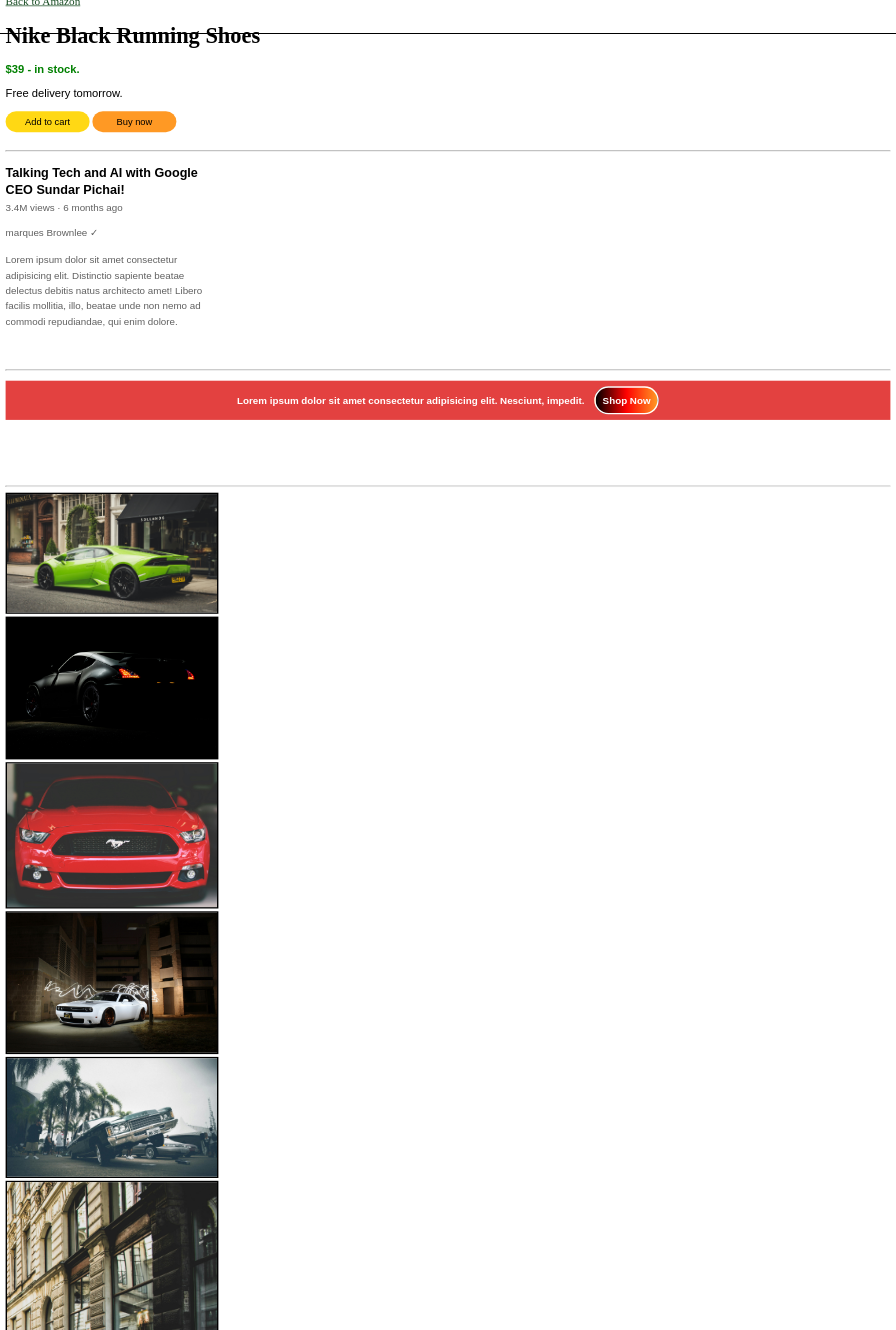
Repository: Yeyolive/WebDev_Collab_2025
Page: Basic_Projects/HTML-CSS course/into-to-html/index.html
The author's editor kept a copy of each file at every save. The page is drawn from the files as they stood at one save, then again after the next save.
The browser window is 1280 px wide. The pictures show the part of the page from y = 317 to 2217 px (the page is 3241 px tall before and 2765 px after), at 70% of full size.
A picture or video elsewhere on the page could not be fetched, so the positions and the page height are approximate.

Above is the page before, as saved 2025-11-24 00:11:51.

### Basic_Projects/HTML-CSS course/into-to-html/index.html
<!DOCTYPE html>
<html lang="en">
  <head>
    <meta charset="UTF-8" />
    <meta http-equiv="X-UA-Compatible" content="IE=edge" />
    <!-- Ensures compatibility with Internet Explorer -->
    <meta name="viewport" content="width=device-width, initial-scale=1.0" />
    <title>HTML-CSS Course</title>
    <link rel="stylesheet" href="styles.css" />
  </head>

  <body>
    <!-- Buttons section-->
    <button class="subscribe">SUBSCRIBE</button>

    <button class="join">JOIN</button>

    <button class="tweet">Tweet</button>
    <br /><br />
    <button class="uber">Request Now</button>

    <button class="Amazon">Add to cart</button>

    <button class="Github">Sign up</button>
    <br /><br />
    <button class="Bootstrap-1">Get started</button>
    <button class="Bootstrap-2">Download</button>

    <button class="Linkedin-1">Apply on company website</button>
    <br /><br />
    <button class="Linkedin-2">Save</button>
    <br /><br /><br />
    <hr />
    <a href="#">Back to Amazon</a>
    <br />
    <h1>Nike Black Running Shoes</h1>
    <p class="price">$39 - in stock.</p>

    <p>Free delivery tomorrow.</p>

    <button class="Amazon-1">Add to cart</button>
    <button class="Amazon-2">Buy now</button>
    <br /><br />
    <hr />
    <!-- Texts section-->
    <p class="video-title">
      Talking Tech and AI with Google CEO Sundar Pichai!
    </p>

    <p class="video-stats">3.4M views &#183; 6 months ago</p>
    <p class="video-author">marques Brownlee &#10003;</p>
    <p class="video-description">
      Lorem ipsum dolor sit amet consectetur adipisicing elit. Distinctio
      sapiente beatae delectus debitis natus architecto amet! Libero facilis
      mollitia, illo, beatae unde non nemo ad commodi repudiandae, qui enim
      dolore.
    </p>
    <br /><br />
    <hr />
    <p class="apple-text">
      Lorem ipsum dolor sit amet consectetur adipisicing elit. Nesciunt,
      impedit. <span class="span-example">Shop Now</span>
    </p>
    <br /><br />
    <hr />
    <!-- Images: CARS SECTION -->
    <div class="car-images">
      <div class="car">
        <img
          src="images/cars/pexels-adrian-dorobantu-989175-2127733.jpg"
          alt="Car 1"
        />
      </div>
      <div class="car">
        <div class="car">
          <img src="images/cars/pexels-albinberlin-919073.jpg" alt="Car 2" />
        </div>
      </div>
      <div class="car">
        <div class="car">
          <img src="images/cars/pexels-avinashpatel-544542.jpg" alt="Car 3" />
        </div>
      </div>
      <div class="car">
        <div class="car">
          <img src="images/cars/pexels-cesarperez209-733745.jpg" alt="Car 4" />
        </div>
      </div>
      <div class="car">
        <div class="car">
          <img src="images/cars/pexels-hikaique-242125.jpg" alt="Car 5" />
        </div>
      </div>
      <div class="car">
        <div class="car">
          <img src="images/cars/pexels-mayday-1545743.jpg" alt="Car 6" />
        </div>
      </div>
      <div class="car">
        <div class="car">
          <img src="images/cars/pexels-pashal-337909.jpg" alt="Car 7" />
        </div>
      </div>
      <div class="car">
        <div class="car">
          <img src="images/cars/pexels-pixabay-248687.jpg" alt="Car 8" />
        </div>
      </div>
    </div>

    <input class="search-bar" type="text" placeholder="Search" />

    <input
      class="search-bar-2"
      type="text"
      placeholder="Search Google or type a URL"
    />

    <br /><br />
    <hr />
    <!-- Input field -->
    <p class="email-p1">Email</p>
    <input class="email-input" type="email" />

    <p class="email-p2">
      By clicking Agree & Join, you agree to the Privacy Policy.
    </p>

    <button class="agree-and-join">Agree & Join</button>
  </body>
</html>

### Basic_Projects/HTML-CSS course/into-to-html/styles.css
/* === buttons === */
.subscribe {
  border: none;
  height: 36px;
  background: rgb(200, 0, 0);
  color: white;
  font-size: 15px;
  cursor: pointer;
  margin-right: 10px;
  transition: opacity 0.3s;
}

.subscribe:hover {
  opacity: 0.7;
}

.subscribe:active {
  opacity: 0.6;
}

.join {
  border: 1px solid blue;
  height: 36px;
  width: 74px;
  color: blue;
  font-size: 15px;
  background: white;
  border-radius: 2px;
  cursor: pointer;
  margin-right: 10px;
  transition: background-color 0.4s, color 0.4s;
}

.join:hover {
  background: blue;
  color: white;
}

.join:active {
  opacity: 0.7;
}

.tweet {
  border: none;
  border-radius: 18px;
  height: 36px;
  width: 74px;
  background: #1d9bf0;
  color: white;
  cursor: pointer;
  font-weight: bold;
  font-size: 15px;
  transition: background-color 0.4s, color 0.4s;
}

.tweet:hover {
  box-shadow: 5px 5px 10px rgba(0, 0, 0, 0.414);
}

.uber {
  background: black;
  color: white;
  border: none;
  height: 36px;
  width: 115px;
  cursor: pointer;
  transition: background-color 0.4s, color 0.4s;
}

.uber:hover {
  opacity: 0.7;
}

.Amazon {
  background: rgb(255, 216, 20);
  color: rgb(0, 0, 0);
  border: none;
  border-radius: 18px;
  height: 30px;
  width: 150px;
  margin-left: 10px;
  margin-right: 10px;
  cursor: pointer;
  transition: background-color 0.4s, color 0.4s;
}

.Amazon:hover {
  background: rgb(255, 153, 36);
}

.Github {
  background: rgb(46, 164, 79);
  color: white;
  border: none;
  padding-left: 10px;
  padding-right: 10px;
  padding-top: 10px;
  padding-bottom: 10px;
  margin-left: 10px;
  margin-right: 10px;
  border-radius: 7px;
  font-weight: bold;
  cursor: pointer;
  transition: padding 0.15s, margin 0.15s, background-color 0.4s, color 0.4s;
}

.Github:hover {
  background: rgb(36, 124, 59);
  padding-left: 25px;
  padding-right: 25px;
  margin-left: 0px;
  margin-right: 0px;
}

.Bootstrap-1 {
  background: rgb(121, 82, 179);
  color: white;
  border: none;
  border-radius: 5px;
  height: 36px;
  width: 110px;
  font-weight: bold;
  margin-right: 10px;
  cursor: pointer;
  transition: background-color 0.4s, color 0.4s;
}

.Bootstrap-1:hover {
  background: rgb(51, 26, 88);
}
.Bootstrap-2 {
  background: white;
  color: rgb(108, 117, 125);
  font-weight: bold;
  border: 1px solid rgb(108, 117, 125);
  height: 36px;
  width: 110px;
  border-radius: 5px;
  margin-right: 10px;
  cursor: pointer;
  transition: background-color 0.4s, color 0.4s;
}
.Bootstrap-2:hover {
  background: rgb(108, 117, 125);
  color: white;
  width: 130px;
}

.Linkedin-1 {
  background: rgb(10, 102, 194);
  color: white;
  border: none;
  border-radius: 15px;
  font-weight: bold;
  height: 36px;
  width: 210px;
  cursor: pointer;
  transition: background-color 0.4s, color 0.4s;
}

.Linkedin-1:hover {
  background: rgb(6, 61, 116);
}

.Linkedin-2 {
  background: white;
  color: rgb(10, 102, 194);
  font-weight: bold;
  border: 1px solid rgb(10, 102, 194);
  height: 36px;
  width: 90px;
  border-radius: 15px;
  cursor: pointer;
  font-size: 14px;
  margin-bottom: 50px;
  transition: background-color 0.4s, color 0.4s;
}

.Linkedin-2:hover {
  background: rgba(55, 146, 250, 0.307);
  color: rgb(10, 102, 194);
  border: 1px solid rgb(10, 102, 194);
}

a {
  color: rgb(22, 75, 33);
}

a:hover {
  text-decoration: none;
  color: rgb(30, 255, 0);
}

.Amazon-1 {
  background: rgb(255, 216, 20);
  color: rgb(0, 0, 0);
  border: none;
  border-radius: 18px;
  height: 30px;
  width: 120px;
  cursor: pointer;
  transition: background-color 0.4s, color 0.4s;
}
.Amazon-1:hover {
  background: rgb(255, 153, 36);
  margin-right: 20px;
  border-top-right-radius: 25px;
}

.Amazon-2 {
  background: rgb(255, 153, 36);
  color: rgb(0, 0, 0);
  border: none;
  border-radius: 18px;
  height: 30px;
  width: 120px;
  cursor: pointer;
  transition: background-color 0.4s, color 0.4s;
}
.Amazon-2:hover {
  background: rgb(255, 216, 20);
  margin-left: 20px;
  border-top-left-radius: 25px;
  border-bottom-right-radius: 25px;
  font-style: italic;
}

.price {
  color: green;
  font-weight: bold;
}

/* === video ===== */

p {
  font-family: Arial, Helvetica, sans-serif;
}
.video-title {
  font-size: 18px;
  font-weight: bold;
  width: 300px;
  line-height: 24px;
  margin-bottom: 5px;
}

.video-stats {
  font-size: 14px;
  color: rgb(96, 96, 96);
  margin-top: 0;
  margin-bottom: 20px;
}

.video-author {
  font-size: 14px;
  color: rgb(96, 96, 96);
  margin-top: 0;
  margin-bottom: 20px;
}

.video-description {
  font-size: 14px;
  color: rgb(96, 96, 96);
  width: 300px;
  line-height: 22px;
  margin-top: 0;
}

.apple-text {
  margin-bottom: 50px;
  font-size: 14px;
  font-weight: bold;
  background-color: rgb(227, 65, 64);
  color: white;
  text-align: center;
  padding: 20px 10px;
}

.span-example {
  color: rgb(255, 255, 255);
  cursor: pointer;
  margin-left: 10px;
  border: 2px solid rgb(255, 255, 255);
  padding: 10px;
  background: linear-gradient(
    to right,
    rgb(0, 0, 0),
    rgb(255, 1, 1),
    rgb(255, 153, 36)
  );
  border-radius: 20px;
}

.span-example:hover {
  opacity: 0.7;
}

.span-example:active {
  opacity: 0.6;
}

/* === images === */

img {
  width: 300px;
  border: 2px solid black;
  object-fit: cover;
  object-position: center;
}

.search-bar {
  width: 200px;
  height: 30px;
  margin-top: 20px;
  font-size: 20px;
  padding: 10px 20px;
  border: 1px solid grey;
  border-radius: 10px;
}

.search-bar-2 {
  width: 450px;
  padding: 12px 10px;
  margin-left: 5px;
  font-size: 18px;
  border: none;
  border-radius: 20px;
  box-shadow: 0px 0px 5px rgba(0, 0, 0, 0.2);
}

.search-bar-2:focus {
  outline: none;
  box-shadow: 0px 0px 8px rgba(0, 85, 255, 0.738);
}

.search-bar-2:hover {
  box-shadow: 0px 0px 8px rgba(0, 85, 255, 0.738);
  cursor: pointer;
}

.email-p1 {
  color: rgb(56, 55, 55);
}

.email-p2 {
  color: rgb(56, 55, 55);
  width: 405px;
  font-size: 15px;
}

.email-input {
  width: 350px;
  border: 1.5px solid black;
  border-radius: 5px;
  padding: 10px;
  cursor: pointer;
}

.email-input:focus {
  outline: none;
  box-shadow: 0px 0px 8px rgba(0, 85, 255, 0.738);
}

.agree-and-join {
  padding: 15px 60px;
  width: 20%;
  font-size: 20px;
  color: white;
  border: none;
  border-radius: 25px;
  background-color: rgb(10, 102, 194);
  cursor: pointer;
  transition: background-color 0.4s, color 0.4s;
}

.agree-and-join:hover {
  background: rgb(6, 61, 116);
}

.car-images {
  object-fit: cover;
}

After the next save:
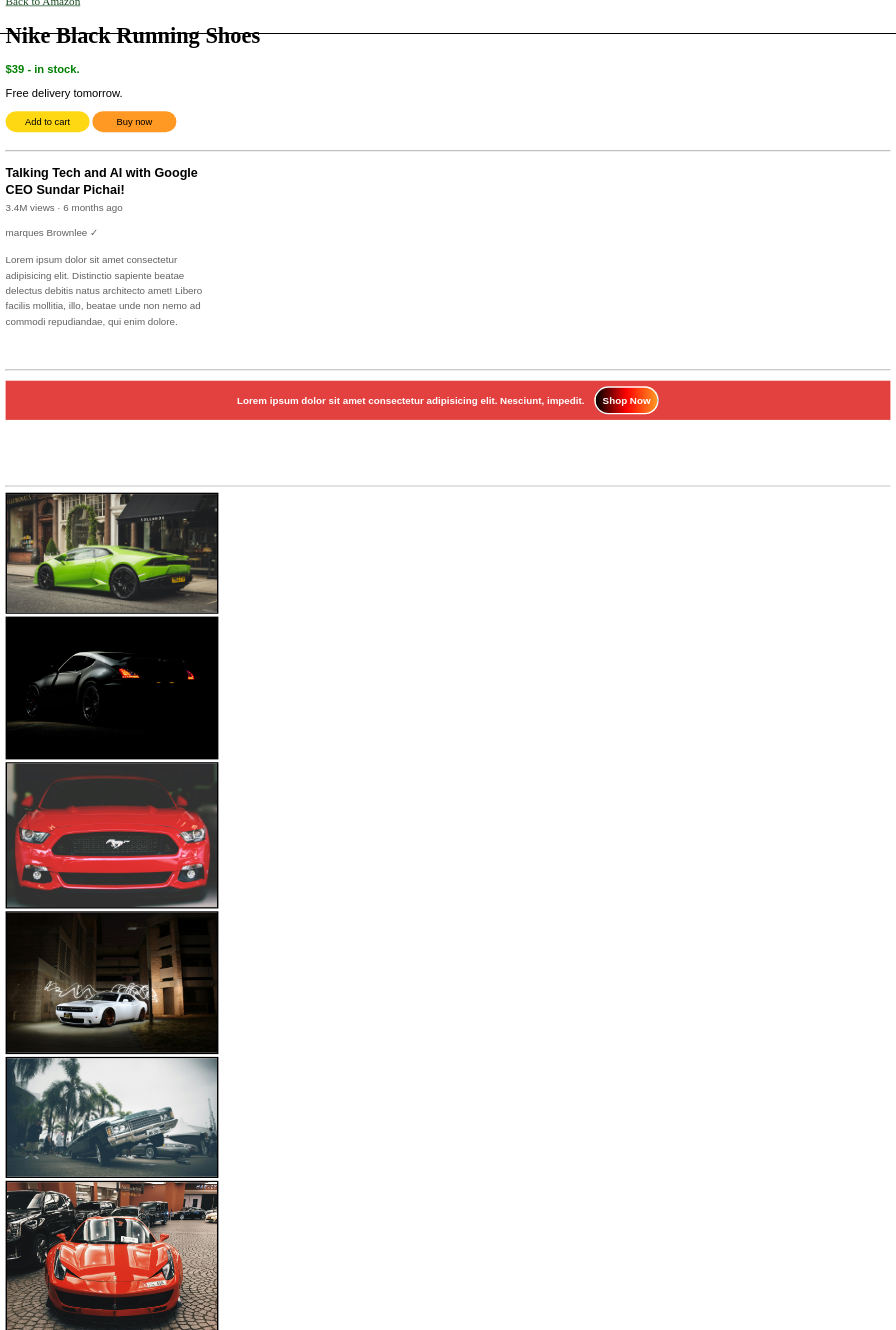
Saved 31 s later.
--- a/Basic_Projects/HTML-CSS course/into-to-html/index.html
+++ b/Basic_Projects/HTML-CSS course/into-to-html/index.html
@@ -93,11 +93,6 @@
       </div>
       <div class="car">
         <div class="car">
-          <img src="images/cars/pexels-mayday-1545743.jpg" alt="Car 6" />
-        </div>
-      </div>
-      <div class="car">
-        <div class="car">
           <img src="images/cars/pexels-pashal-337909.jpg" alt="Car 7" />
         </div>
       </div>
